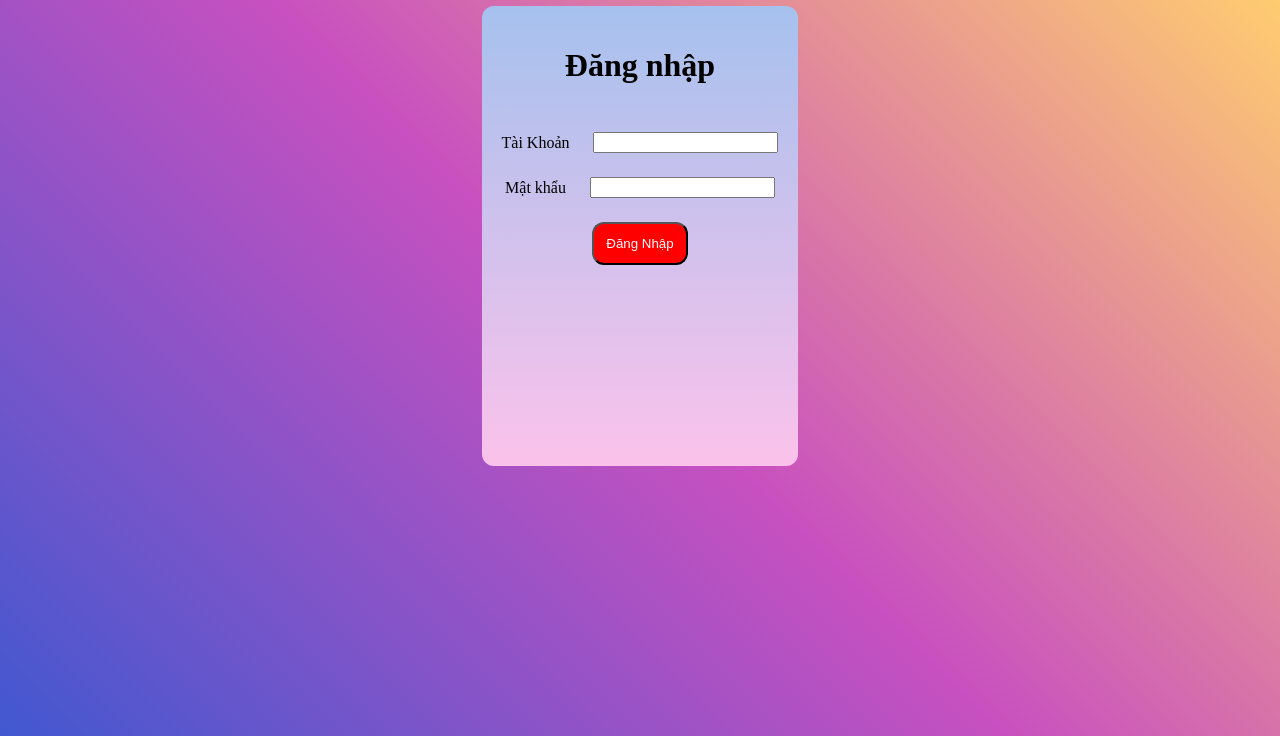
Repository: Khuongg01/Ban-Dong-ho
Page: http://localhost/pages/main/dangnhap.php
An editor plug-in stored every save of this project. The page is shown before and after the next save, followed by the edit.
The browser window is 1280 px wide. The pictures show the whole page.
The page is run by PHP 8.4 with error messages shown; the project is at /var/www/html/.

Above is the page before, as saved 2022-04-13 19:56:24.

### pages/main/dangnhap.php
<?php

	if(isset($_POST['dangnhap'])){
		$taikhoan = $_POST['taikhoan'];
		$matkhau = md5($_POST['password']);
		$sql = "SELECT * FROM tbl_dangky ,tbl_admin WHERE tbl_dangky.taikhoan='".$taikhoan."' AND tbl_dangky.matkhau='".$matkhau."'  LIMIT 1";
		$row = mysqli_query($connect,$sql);
		$count = mysqli_num_rows($row);
		if($count>0){
			$row_data = mysqli_fetch_array($row);
			$_SESSION['dangky'] = $row_data['taikhoan'];
			$_SESSION['email'] = $row_data['email'];
            $_SESSION['id_khachhang']= $row_data['id_khachhang'];
			header("Location:index.php");
		}elseif($taikhoan=='admin'){
            header("Location:admincp/login.php");
        }else{
			echo '<p style="color:red">Mật khẩu hoặc Email sai ,vui lòng nhập lại.</p>';
        }
	}
?>

<!DOCTYPE html>
<html lang="en">
<head>
    <meta charset="UTF-8">
    <meta http-equiv="X-UA-Compatible" content="IE=edge">
    <meta name="viewport" content="width=device-width, initial-scale=1.0">
    <link rel="stylesheet" href="css/style_login.css">
    <title>Login</title>
    <style>
        .warpper {
            width:100%;
            display:flex;
            justify-content:center;
            align-items:center;
            height: calc(100vh - 230px - 34px);
        }
        .warpper form {
            background-image: linear-gradient(to top, #fbc2eb 0%, #a6c1ee 100%);
            padding: 20px;
            border-radius:12px;
            height:420px;
        }
        .warpper h1 {
            text-align: center;
            margin-bottom: 48px;
        }
        .warpper .submit {
            display: block;margin: 0 auto;
            background-color: red;
            color: #fff;
            margin-top: 24px;
            padding: 12px;
            border-radius:12px;
            cursor: pointer;
        }
        .taikhoan {
            margin-bottom: 24px;
        }
        .taikhoan, .matkhau {
            display:flex;
            justify-content:center;
            align-items: center;
        }
        .taikhoan label, .matkhau label {
            margin-bottom: 0;
        }
        .taikhoan input, .matkhau input {
            margin-top: 0;
            margin-left: 24px;
        }

    </style>
</head>
<body>

    <div class="warpper">
        <form action="" method="POST">
            <h1>Đăng nhập</h1>
        <div class="taikhoan">
            <label for=""> Tài Khoản</label><br>
            <input type="text" name="taikhoan">
        </div>

        <div class="matkhau">
            <label for=""> Mật khẩu</label><br>
            <input type="password" name="password">
        </div>
        <div>
            <input class="submit" type="submit" name="dangnhap" value="Đăng Nhập">
        </div>
        </form>
    </div>

</div>


</body>
</html>

### admincp/css/style_login.css
body{
    background-image: linear-gradient( 45deg, rgb(65, 88, 208) 0%,
    rgb(200, 80, 192) 50%, rgb(255, 204, 112) 100% );
    height: 100vh;
    overflow: hidden;
}

.warpper{

    width: auto;
    height: auto;
    text-align: center;


}



@media screen and (min-width :600px){
    .warpper{
        max-width: 1280px;
        margin: 0 auto;
    }
}

After the next save:
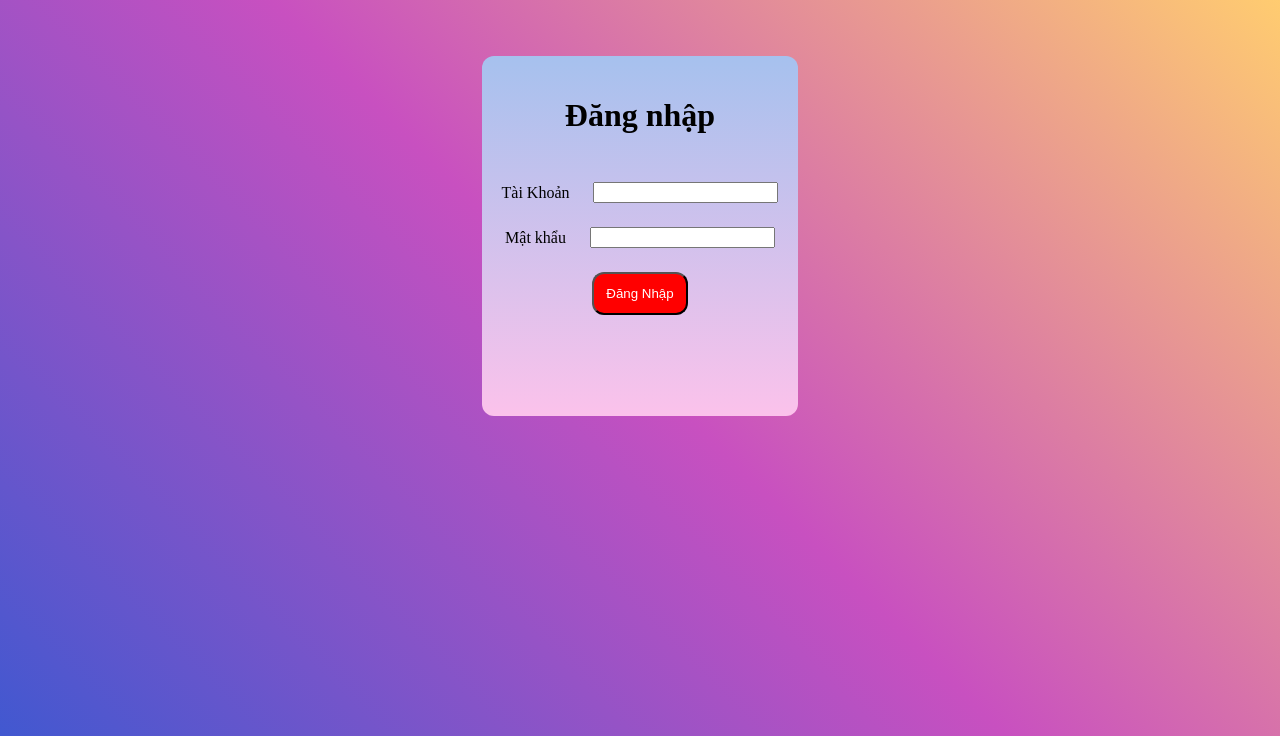
Saved 8 s later.
--- a/pages/main/dangnhap.php
+++ b/pages/main/dangnhap.php
@@ -40,7 +40,7 @@
             background-image: linear-gradient(to top, #fbc2eb 0%, #a6c1ee 100%);
             padding: 20px;
             border-radius:12px;
-            height:420px;
+            height:320px;
         }
         .warpper h1 {
             text-align: center;
